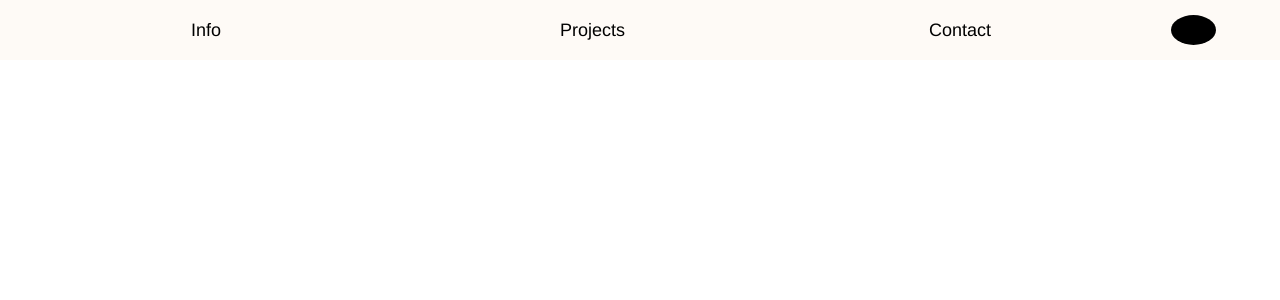
Repository: jinghuai8092/personal_website
Page: /
The author's editor kept a copy of each file at every save. The page is drawn from the files as they stood at one save, then again after the next save.
The browser window is 1280 px wide. The pictures show the whole page.
The project was rebuilt for these pictures with package versions that can differ from the ones it lists, and the page was loaded fresh each time.

Above is the page before, as saved 2021-09-09 20:34:25.

After the next save:
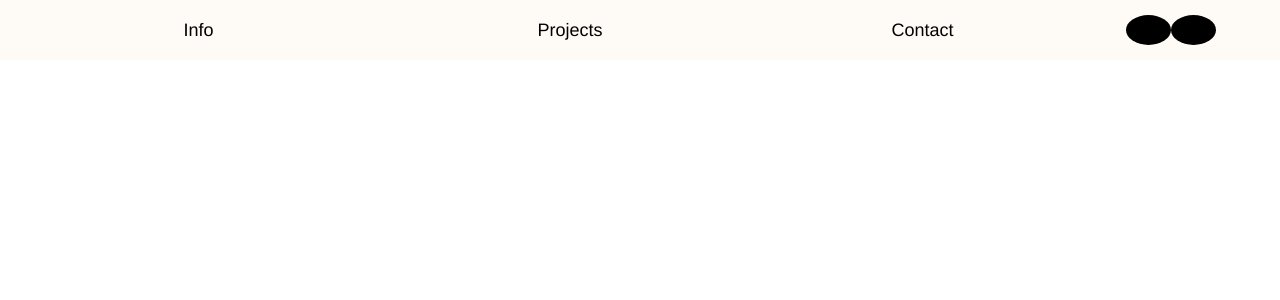
Saved 6 s later.
--- a/src/common/header/index.js
+++ b/src/common/header/index.js
@@ -11,6 +11,8 @@
                         <li className={styles.li}>Projects</li>
                         <li className={styles.li}>Contact</li>
                         <li className={styles.eyes}></li>
+                        <li className={styles.eyes}></li>
+
                     </ul>
                 </nav>
             </div>
